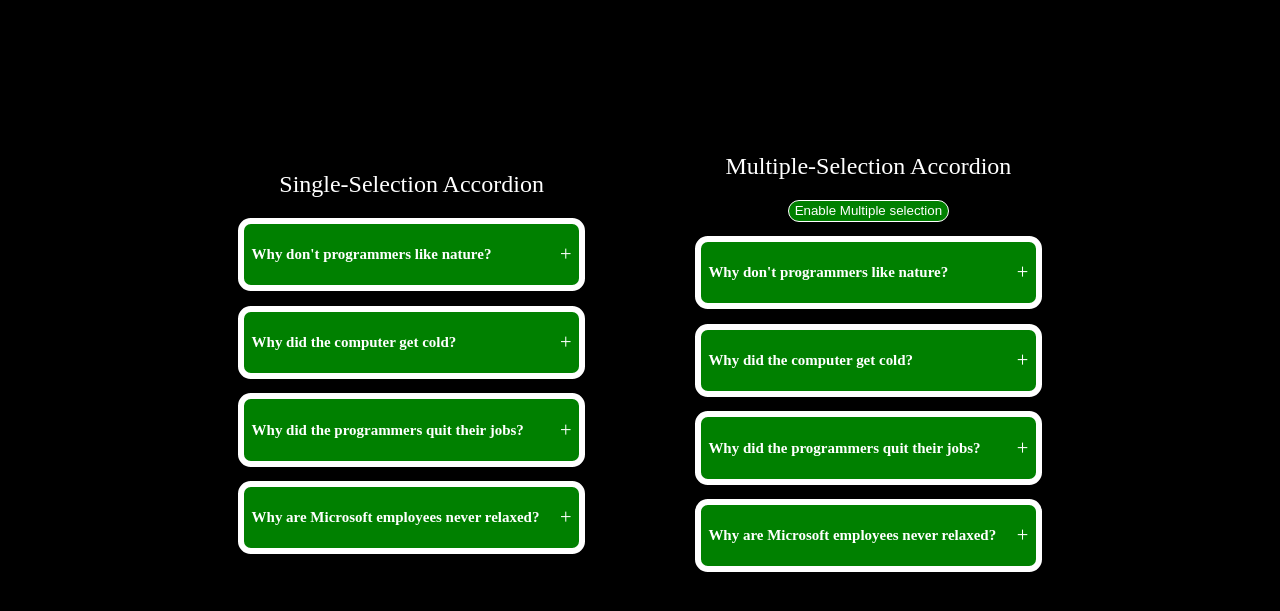
Repository: kosenijr/react-projects
Page: / (app in accordion/)
An editor plug-in stored every save of this project. The page is shown before and after a run of saves, followed by the edit.
The browser window is 1280 px wide. The pictures show the whole page.
The project was rebuilt for these pictures with package versions that can differ from the ones it lists, and the page was loaded fresh each time.

Above is the page before, as saved 2024-03-03 15:01:20.

### accordion/src/App.js
import React from "react";
import "./App.css";
import SingleSelection from "./components/SingleSelection";
import MultiSelection from "./components/MultiSelection";

function App() {
  return (
    <div className="App">
      <SingleSelection />
      <MultiSelection />
    </div>
  );
}

export default App;

### accordion/src/App.css
.App {
  display: flex;
  height: 100vh;
  width: 100vw;
  justify-content: space-evenly;
  text-align: center;
  align-items: center;
  background-color: black;
  color: white;
  padding: 0 auto;
}

### accordion/src/components/SingleSelection.js
import React, { useState } from "react";
import "../styles/SingleSelection.css";
import data from "../data";

function SingleSelection() {
  // setting up useState.
  const [selected, setSelected] = useState(null);
  // setting up handling
  const handleSingleSelection = (getCurrentId) => {
    // console.log(selected, getCurrentId);
    // setSelected(getCurrentId === selected ? null : getCurrentId); // keep add condition for closure
    setSelected(selected !== getCurrentId ? getCurrentId : null);
  };

  return (
    <div className="single-selection-wrapper">
      {/* Single-Selection Accordion */}
      <div className="single-selection-accordion">
        <h2 className="single-selection-description">Single-Selection Accordion</h2>
        {data && data.length > 0 ? (
          data.map((dataItem) => (
            <div className="single-selection-item" key={dataItem.id} onClick={() => handleSingleSelection(dataItem.id)}>
              {/* always remember to add key */}
              <div className="single-selection-title">
                <h3>{dataItem.question}</h3>
                <span className="single-selection-span">{selected === dataItem.id ? "-" : "+"}</span>
              </div>
              {selected === dataItem.id ? (
                <div className="single-selection-content ">{dataItem.answer}</div>
              ) : null}
            </div>
          ))
        ) : (
          <div>No data found!</div>
        )}
      </div>
    </div>
  );
}

export default SingleSelection;

### accordion/src/components/MultiSelection.js
import React, { useState } from "react";
import "../styles/MultiSelection.css";
import data from "../data";

function MultiSelection() {
  // setting up useState.
  const [selected, setSelected] = useState(null);
  const [enableSelected, setEnableSelected] = useState([]);
  // setting up handling
  const handleSingleSelection = (getCurrentId) => {
    // console.log(selected, getCurrentId);
    // setSelected(getCurrentId === selected ? null : getCurrentId); // keep add condition for closure
    setSelected(selected !== getCurrentId ? getCurrentId : null);
  };
const handleMultiSelection = (getCurrentId) => {
// if value of selected equals getCurrentID, null; if otherwise, push into enable array
setEnableSelected(selected === getCurrentId ? null : selected);
}

  return (
    <div className="multi-selection-wrapper">
      {/* Multi-Selection Accordion */}
      <div className="multi-selection-accordion">
        <h2 className="multi-selection-description">
          Multiple-Selection Accordion
        </h2>
        <div className="multi-buttons-div">
          <button className="multi-enable-button" onClick={() => handleMultiSelection(dataItem.id)}>Enable Multiple selection</button>
        </div>
        {data && data.length > 0 ? (
          data.map((dataItem) => (
            <div
              className="multi-selection-item"
              key={dataItem.id}
              onClick={() => handleSingleSelection(dataItem.id)}
            >
              {/* always remember to add key */}
              <div className="multi-selection-title">
                <h3>{dataItem.question}</h3>
                <span className="multi-selection-span">
                  {selected === dataItem.id ? "-" : "+"}
                </span>
              </div>
              {selected === dataItem.id ? (
                <div className="multi-selection-content ">
                  {dataItem.answer}
                </div>
              ) : null}
            </div>
          ))
        ) : (
          <div>No data found!</div>
        )}
      </div>
    </div>
  );
}

export default MultiSelection;

### accordion/src/styles/SingleSelection.css
.single-selection-wrapper {
  display: flex;
  align-items: center;
  margin-left: 10vw;
}

.single-selection-description {
  font-family: "Raleway";
  font-weight: 500;
}

.single-selection-item {
  background-color: green;
  color: white;
  font-size: 0.8em;
  font-family: "Raleway", "Times New Roman";
  margin: 2vh 0;
  padding: 1vh;
  width: 25vw;
  border: 0.5em solid white;
  cursor: pointer;
  border-radius: 1em;

}

.single-selection-title {
  display: flex;
  justify-content: space-between;
  align-items: center;
}

.single-selection-span {
  font-size: 1.6em;;
}

.single-selection-content {
  display: flex;
  justify-content: space-between;
  color: burlywood;
  align-items: left;
  font-size: 1.2em;
  font-family:  "Raleway", "Times New Roman";
  font-weight: 600;

}

### accordion/src/data.js
const data = [
  {
    id: 1,
    question: "Why don't programmers like nature?",
    answer: "It has too many bugs!",
  },

  {
    id: 2,
    question: "Why did the computer get cold?",
    answer: "It left its Windows open.",
  },

  {
    id: 3,
    question: "Why did the programmers quit their jobs?",
    answer: "Because they didn't get arrays!",
  },

  {
    id: 4,
    question: "Why are Microsoft employees never relaxed?",
    answer: "Because they're always on Edge.",
  },
];

export default data;

### accordion/src/styles/MultiSelection.css
.multi-selection-wrapper {
  display: flex;
  align-items: center;
  margin-right: 10vw;
}

.multi-selection-description {
  font-family: "Raleway";
  font-weight: 500;
}

.multi-buttons-div {
display: flex;
justify-content: space-evenly;
}

.multi-enable-button {
    height:3vh;
    width: fit-conent;
    border-radius: 1em;
    cursor: pointer;
    background-color: green;
    color: white;
    border: 0.1em solid white;
}

.multi-selection-item {
  background-color: green;
  color: white;
  font-size: 0.8em;
  font-family: "Raleway", "Times New Roman";
  margin: 2vh 0;
  padding: 1vh;
  width: 25vw;
  border: 0.5em solid white;
  cursor: pointer;
  border-radius: 1em;

}

.multi-selection-title {
  display: flex;
  justify-content: space-between;
  align-items: center;
}

.multi-selection-span {
  font-size: 1.6em;
}

.multi-selection-content {
  display: flex;
  justify-content: space-between;
  color: burlywood;
  align-items: left;
  font-size: 1.2em;
  font-family: "Raleway", "Times New Roman";
  font-weight: 600;
}

Loaded but not shown: accordion/public/index.html (common file); accordion/src/index.js (common file); accordion/src/index.css (common file); accordion/src/reportWebVitals.js (common file)

After the next 2 saves:
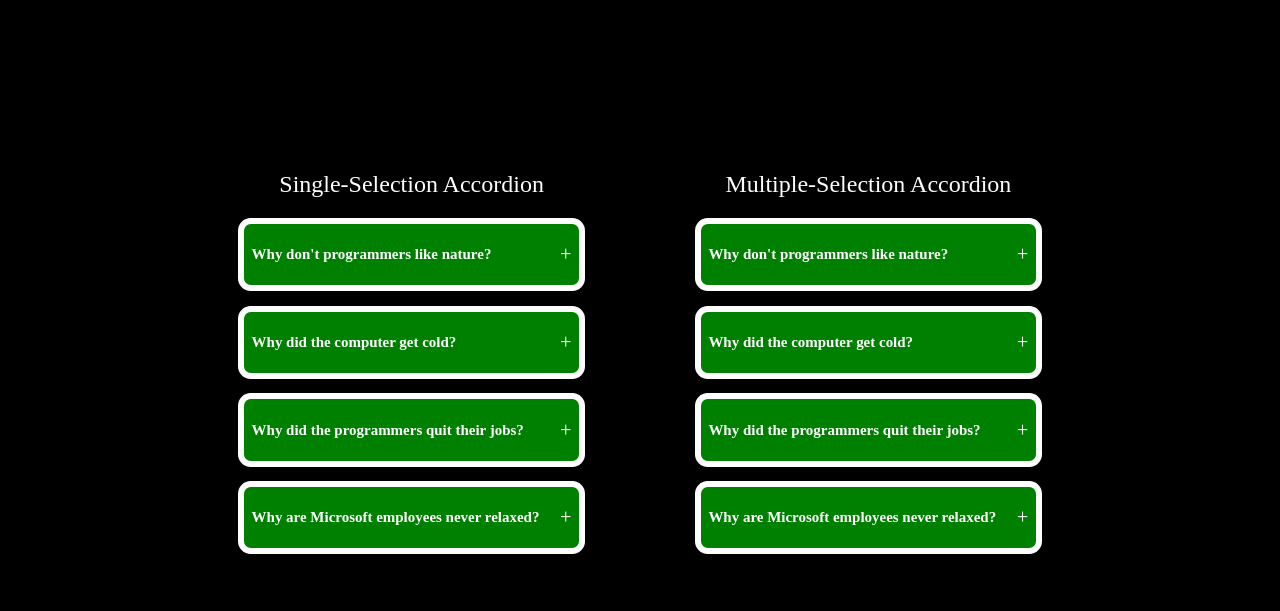
The 2 saves are shown as one change because 1 did not build or start.
The last was saved 119 s later.
--- a/accordion/src/components/MultiSelection.js
+++ b/accordion/src/components/MultiSelection.js
@@ -24,11 +24,9 @@ setEnableSelected(selected === getCurrentId ? null : selected);
         <h2 className="multi-selection-description">
           Multiple-Selection Accordion
         </h2>
-        <div className="multi-buttons-div">
-          <button className="multi-enable-button" onClick={() => handleMultiSelection(dataItem.id)}>Enable Multiple selection</button>
-        </div>
         {data && data.length > 0 ? (
           data.map((dataItem) => (
+
             <div
               className="multi-selection-item"
               key={dataItem.id}
